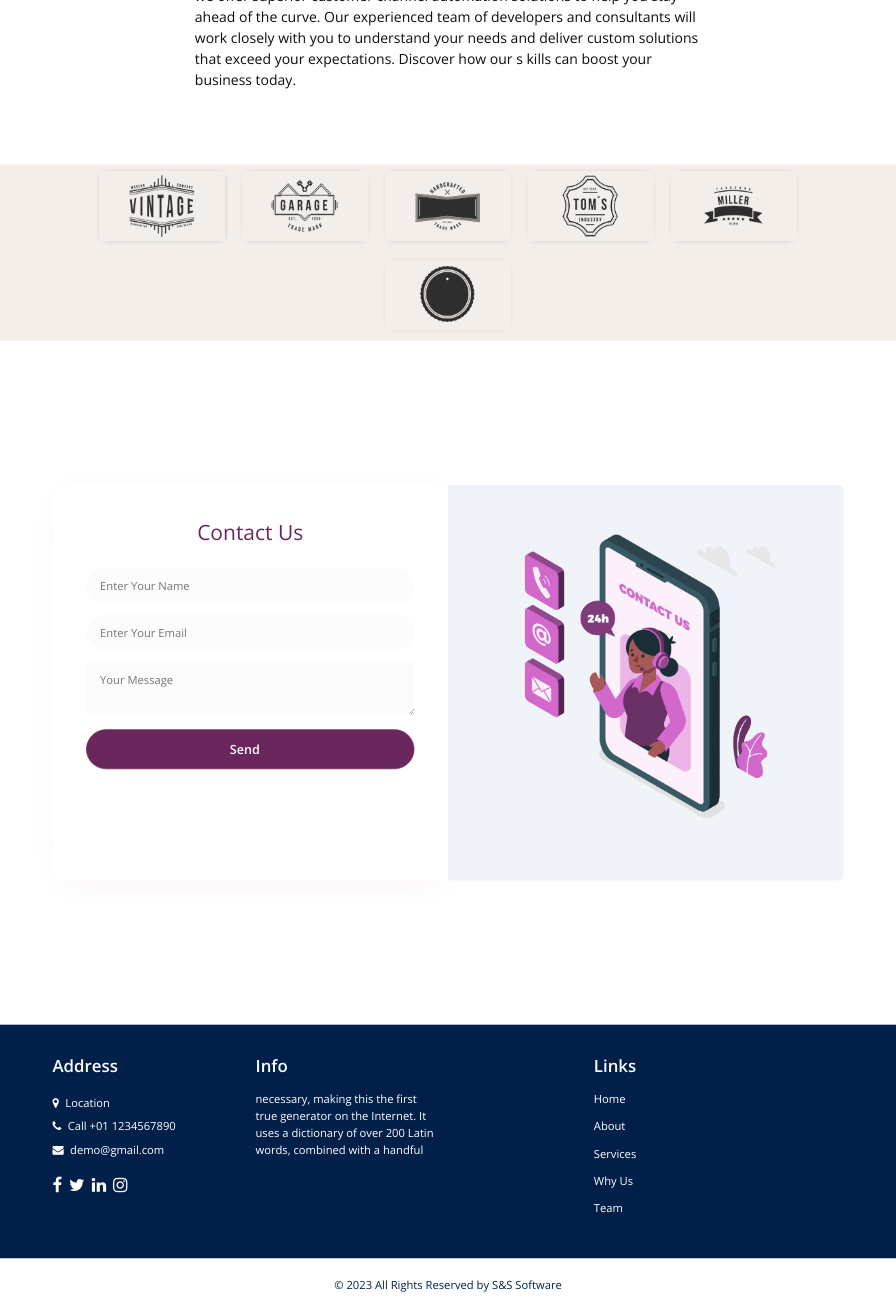
Repository: samuelsns/S-S-Software
Page: index.html
The author's editor kept a copy of each file at every save. The page is drawn from the files as they stood at one save, then again after the next save.
The browser window is 1280 px wide. The pictures show the part of the page from y = 2977 to 4897 px (the page is 4849 px tall before and 4999 px after), at 70% of full size.

Above is the page before, as saved 2023-12-01 02:46:48.

### index.html
<!DOCTYPE html>
<html>
  <head>
    <!-- Basic -->
    <meta charset="utf-8" />
    <meta http-equiv="X-UA-Compatible" content="IE=edge" />
    <!-- Mobile Metas -->
    <meta
      name="viewport"
      content="width=device-width, initial-scale=1, shrink-to-fit=no"
    />
    <!-- Site Metas -->
    <meta name="keywords" content="" />
    <meta name="description" content="" />
    <meta name="author" content="" />
    <link rel="shortcut icon" href="images/favicon.png" type="" />

    <title>S&S</title>

    <!-- bootstrap core css -->
    <link rel="stylesheet" type="text/css" href="css/bootstrap.css" />

    <!-- fonts style -->
    <link
      href="https://fonts.googleapis.com/css2?family=Roboto:wght@400;500;700;900&display=swap"
      rel="stylesheet"
    />

    <!--owl slider stylesheet -->
    <link
      rel="stylesheet"
      type="text/css"
      href="https://cdnjs.cloudflare.com/ajax/libs/OwlCarousel2/2.3.4/assets/owl.carousel.min.css"
    />

    <!-- font awesome style -->
    <link href="css/font-awesome.min.css" rel="stylesheet" />

    <!-- Custom styles for this template -->
    <link href="css/style.css" rel="stylesheet" />
    <!-- responsive style -->
    <link href="css/responsive.css" rel="stylesheet" />
  </head>

  <body>
    <div class="hero_area">
      <div class="hero_bg_box">
        <div class="bg_img_box">
          <img src="images/hero-bg.png" alt="" />
        </div>
      </div>

      <!-- header section strats -->
      <header class="header_section">
        <div class="container-fluid">
          <nav class="navbar navbar-expand-lg custom_nav-container">
            <a class="navbar-brand" href="index.html">
              <span> S & S </span>
            </a>

            <button
              class="navbar-toggler"
              type="button"
              data-toggle="collapse"
              data-target="#navbarSupportedContent"
              aria-controls="navbarSupportedContent"
              aria-expanded="false"
              aria-label="Toggle navigation"
            >
              <span class=""> </span>
            </button>

            <div class="collapse navbar-collapse" id="navbarSupportedContent">
              <div class="collapse navbar-collapse" id="navbarSupportedContent">
                <ul class="navbar-nav  ">
                  <li class="nav-item active">
                    <a class="nav-link" href="index.html">Home <span class="sr-only">(current)</span></a>
                  </li>
                  <li class="nav-item">
                    <a class="nav-link" href="about.html"> About</a>
                  </li>
                  <li class="nav-item">
                    <a class="nav-link" href="service.html">Services</a>
                  </li>
                  <li class="nav-item">
                    <a class="nav-link" href="work.html">Our Work</a>
                  </li>
                </ul>
            </div>
          </nav>
        </div>
      </header>
      <!-- end header section -->
      <!-- slider section -->
      <section class="slider_section">
        <div id="customCarousel1" class="carousel slide" data-ride="carousel">
          <div class="carousel-inner">
            <div class="carousel-item active">
              <div class="container">
                <div class="row">
                  <div class="col-md-6">
                    <div class="detail-box">
                      <h1>
                        Empowering Businesses with Cutting Edge Automation
                        Solutions
                      </h1>
                      <p>Empower your business with cutting-edge automation
                        solutions from S & S Software. Our innovative cloud,
                        AI, and communication solutions streamline operations,
                        optimize customer engagement, and drive growth.</p>
                      <div class="btn-box">
                        <a href="" class="btn1"> Read More </a>
                      </div>
                    </div>
                  </div>
                  <div class="col-md-6">
                    <div class="img-box">
                      <img src="images/slider-img.png" alt="" />
                    </div>
                  </div>
                </div>
              </div>
            </div>
            <div class="carousel-item">
              <div class="container">
                <div class="row">
                  <div class="col-md-6">
                    <div class="detail-box">
                      <h1>
                        Transform Customer Interactions with AI-Powered Chat & Voice Bots
                      </h1>
                      <p>
                        Elevate customer experiences with our advanced chat and voice
                        bots. Powered by artificial intelligence, personalized interactions,
                        and seamless communication.
                      </p>
                      <div class="btn-box">
                        <a href="" class="btn1"> Read More </a>
                      </div>
                    </div>
                  </div>
                  <div class="col-md-6">
                    <div class="img-box">
                      <img src="images/slider2-img.png" alt="" />
                    </div>
                  </div>
                </div>
              </div>
            </div>
            <div class="carousel-item">
              <div class="container">
                <div class="row">
                  <div class="col-md-6">
                    <div class="detail-box">
                      <h1>
                        Embrace the Future of Business with Cloud-Powered Automation
                      </h1>
                      <p>
                        Harness the power of cloud technology to transform your
                        business. Our Google Cloud Platform expertise empowers
                        you to securely store data, collaborate effectively,
                        and maximize efficiency.
                      </p>
                      <div class="btn-box">
                        <a href="" class="btn1"> Read More </a>
                      </div>
                    </div>
                  </div>
                  <div class="col-md-6">
                    <div class="img-box">
                      <img src="images/slider3-img.png" alt="" />
                    </div>
                  </div>
                </div>
              </div>
            </div>
          </div>
          <ol class="carousel-indicators">
            <li
              data-target="#customCarousel1"
              data-slide-to="0"
              class="active"
            ></li>
            <li data-target="#customCarousel1" data-slide-to="1"></li>
            <li data-target="#customCarousel1" data-slide-to="2"></li>
          </ol>
        </div>
      </section>
      <!-- end slider section -->
    </div>

    <!-- service section -->

    <section class="service_section layout_padding">
      <div class="service_container">
        <div class="container">
          <div class="heading_container heading_center">
            <h2>Our <span>Services</span></h2>
            <p>
              There are many variations of passages of Lorem Ipsum available,
              but the majority have suffered alteration
            </p>
          </div>
          <div class="row">
            <div class="col-md-4">
              <div class="box">
                <div class="img-box">
                  <img src="images/cloud.png" alt="" />
                </div>
                <div class="detail-box">
                  <h5>Cloud Services (GCP)</h5>
                  <p>
                    With our expertise in Google Cloud Platform,
                    we help businesses leverage the power of the
                    cloud to securely store data, improve
                    collaboration and maximize efficiency
                  </p>
                  <a href=""> Read More </a>
                </div>
              </div>
            </div>
            <div class="col-md-4">
              <div class="box">
                <div class="img-box">
                  <img src="images/ai.png" alt="" />
                </div>
                <div class="detail-box">
                  <h5>AI-Based Solutions (Dialogflow)</h5>
                  <p>
                    Harness the power of Dialogflow to build
                    engaging voice and text-based conversational
                    interfaces, such as voice apps and chatbots,
                    fueled by artificial intelligence.
                  </p>
                  <a href=""> Read More </a>
                </div>
              </div>
            </div>
            <div class="col-md-4">
              <div class="box">
                <div class="img-box">
                  <img src="images/app.png" alt="" />
                </div>
                <div class="detail-box">
                  <h5>Application Development (NodeJS)</h5>
                  <p>
                    Our skilled team utilizes NodeJS to create
                    scalable and high-performing real-time
                    applications tailored to meet your unique
                    business needs.
                  </p>
                  <a href=""> Read More </a>
                </div>
              </div>
            </div>

            <div class="col-md-4">
              <div class="box">
                <div class="img-box">
                  <img src="images/api.png" alt="" />
                </div>
                <div class="detail-box">
                  <h5>Communication APIs (Twilio)</h5>
                  <p>
                    Enhance your customer communication through
                    the integration of Twilio. From voice,
                    messaging, video, and more, we strive to
                    make your business communication swift and seamless.
                  </p>
                  <a href=""> Read More </a>
                </div>
              </div>
            </div>

            <div class="col-md-4">
              <div class="box">
                <div class="img-box">
                  <img src="images/voice.png" alt="" />
                </div>
                <div class="detail-box">
                  <h5>Chatbot & Voicebot Solutions</h5>
                  <p>
                    Our advanced chatbot and voicebot solutions
                    are designed to enrich customer interaction,
                    automate customer support, and drive efficiency.
                  </p>
                  <a href=""> Read More </a>
                </div>
              </div>
            </div>
          </div>
          <div class="btn-box">
            <a href=""> View All </a>
          </div>
        </div>
      </div>
    </section>

    <!-- end service section -->

    <!-- about section -->

    <section class="about_section layout_padding">
      <div class="container">
        <div class="row">
          <div class="col-md-6">
            <div class="img-box">
              <img src="images/about-img.png" alt="" />
            </div>
          </div>
          <div class="col-md-6">
            <div class="detail-box">
              <div class="heading_container heading_center">
                <h2>About <span>Us</span></h2>
              </div>
              <p>
                S & S Software is your trusted partner in automation
                technology, providing state-of-the-art solutions to
                streamline operations, optimize customer engagement,
                and give your business a competitive edge. Leveraging
                advanced technologies like GCP, Dialogflow, NodeJS,
                Twilio, and sophisticated chat and voice bots, we
                empower businesses to harness the power of the cloud,
                build engaging AI-based conversational interfaces,
                create scalable real-time applications, enhance customer
                communication, and automate customer support. Our
                experienced team of developers and consultants
                collaborates closely with you to understand your
                unique needs and deliver custom solutions that exceed
                your expectations. Discover how S & S Software can
                transform your business today.
              </p>
              <a href="about.html"> Read More </a>
            </div>
          </div>
        </div>
      </div>
    </section>

    <!-- end about section -->

    <!-- why section -->

    <section class="why_section layout_padding">
      <div class="container">
        <div class="heading_container heading_center">
          <h2>Why Choose <span>Us</span></h2>
        </div>
        <div class="col-md-8">
          <div class="box">
            <p>
              At S & S Software, we understand that technology drives business.
              That's why we offer superior customer channel automation solutions
              to help you stay ahead of the curve. Our experienced team of
              developers and consultants will work closely with you to
              understand your needs and deliver custom solutions that exceed
              your expectations. Discover how our s kills can boost your
              business today.
            </p>
          </div>
        </div>
      </div>
    </section>

    <!-- end why section -->

    <!-- client section -->
    <section class="client_section ">
      <div class="container">
        <div class="heading_container heading_center">
          <div class="our-clients">
            <ul>
              <li> <img src="images/1.png" alt=""> <img src="images/1-1.png" alt=""> </li>
              <li> <img src="images/2.png" alt=""> <img src="images/2-2.png" alt=""> </li>
              <li> <img src="images/3.png" alt=""> <img src="images/3-3.png" alt=""> </li>
              <li> <img src="images/4.png" alt=""> <img src="images/4-4.png" alt=""> </li>
              <li> <img src="images/5.png" alt=""> <img src="images/5-5.png" alt=""> </li>
              <li> <img src="images/6.png" alt=""> <img src="images/6-6.png" alt=""> </li>
            </ul>
          </div>
        </div>
      </div>
    </section>
    <!-- end client section -->

      <!-- contact section -->

  <section class="contact_section layout_padding">
    <div class="contact-form">
      <h1>Contact Us</h1>
      <div class="container">
          <div class="main">
              <div class="content">
                  <h2>Contact Us</h2>
                  <form action="#" method="post">
                      <input type="text" name="name" placeholder="Enter Your Name">

                      <input type="email" name="name" placeholder="Enter Your Email">
                      <textarea name="message" placeholder="Your Message"></textarea>
           <button type="submit" class="btn">Send <i class="fas fa-paper-plane"></i></button>
                  </form>
              </div>
              <div class="form-img">
                  <img src="images/contact.png" alt="">
              </div>
          </div>
      </div>
    </div>
  </section>

  <!-- end contact section -->

    <!-- info section -->

    <section class="info_section layout_padding2">
      <div class="container">
        <div class="row">
          <div class="col-md-6 col-lg-3 info_col">
            <div class="info_contact">
              <h4>Address</h4>
              <div class="contact_link_box">
                <a href="">
                  <i class="fa fa-map-marker" aria-hidden="true"></i>
                  <span> Location </span>
                </a>
                <a href="">
                  <i class="fa fa-phone" aria-hidden="true"></i>
                  <span> Call +01 1234567890 </span>
                </a>
                <a href="">
                  <i class="fa fa-envelope" aria-hidden="true"></i>
                  <span> demo@gmail.com </span>
                </a>
              </div>
            </div>
            <div class="info_social">
              <a href="">
                <i class="fa fa-facebook" aria-hidden="true"></i>
              </a>
              <a href="">
                <i class="fa fa-twitter" aria-hidden="true"></i>
              </a>
              <a href="">
                <i class="fa fa-linkedin" aria-hidden="true"></i>
              </a>
              <a href="">
                <i class="fa fa-instagram" aria-hidden="true"></i>
              </a>
            </div>
          </div>
          <div class="col-md-6 col-lg-3 info_col">
            <div class="info_detail">
              <h4>Info</h4>
              <p>
                necessary, making this the first true generator on the Internet.
                It uses a dictionary of over 200 Latin words, combined with a
                handful
              </p>
            </div>
          </div>
          <div class="col-md-6 col-lg-2 mx-auto info_col">
            <div class="info_link_box">
              <h4>Links</h4>
              <div class="info_links">
                <a class="active" href="index.html"> Home </a>
                <a class="" href="about.html"> About </a>
                <a class="" href="service.html"> Services </a>
                <a class="" href="why.html"> Why Us </a>
                <a class="" href="team.html"> Team </a>
              </div>
            </div>
          </div>

        </div>
      </div>
    </section>

    <!-- end info section -->

    <!-- footer section -->
    <section class="footer_section">
      <div class="container">
        <p>
          &copy; <span id="displayYear"></span> All Rights Reserved by S&S
          Software
        </p>
      </div>
    </section>
    <!-- footer section -->

    <!-- jQery -->
    <script type="text/javascript" src="js/jquery-3.4.1.min.js"></script>
    <!-- popper js -->
    <script
      src="https://cdn.jsdelivr.net/npm/popper.js@1.16.0/dist/umd/popper.min.js"
      integrity="sha384-Q6E9RHvbIyZFJoft+2mJbHaEWldlvI9IOYy5n3zV9zzTtmI3UksdQRVvoxMfooAo"
      crossorigin="anonymous"
    ></script>
    <!-- bootstrap js -->
    <script type="text/javascript" src="js/bootstrap.js"></script>
    <!-- owl slider -->
    <script
      type="text/javascript"
      src="https://cdnjs.cloudflare.com/ajax/libs/OwlCarousel2/2.3.4/owl.carousel.min.js"
    ></script>
    <!-- custom js -->
    <script type="text/javascript" src="js/custom.js"></script>
  </body>
</html>

Loaded but not shown: css/bootstrap.css (library); css/font-awesome.min.css (library); js/jquery-3.4.1.min.js (library); js/bootstrap.js (library); js/custom.js (43 lines, source omitted); css/style.css (863 lines, source omitted); css/responsive.css (143 lines, source omitted)

After the next save:
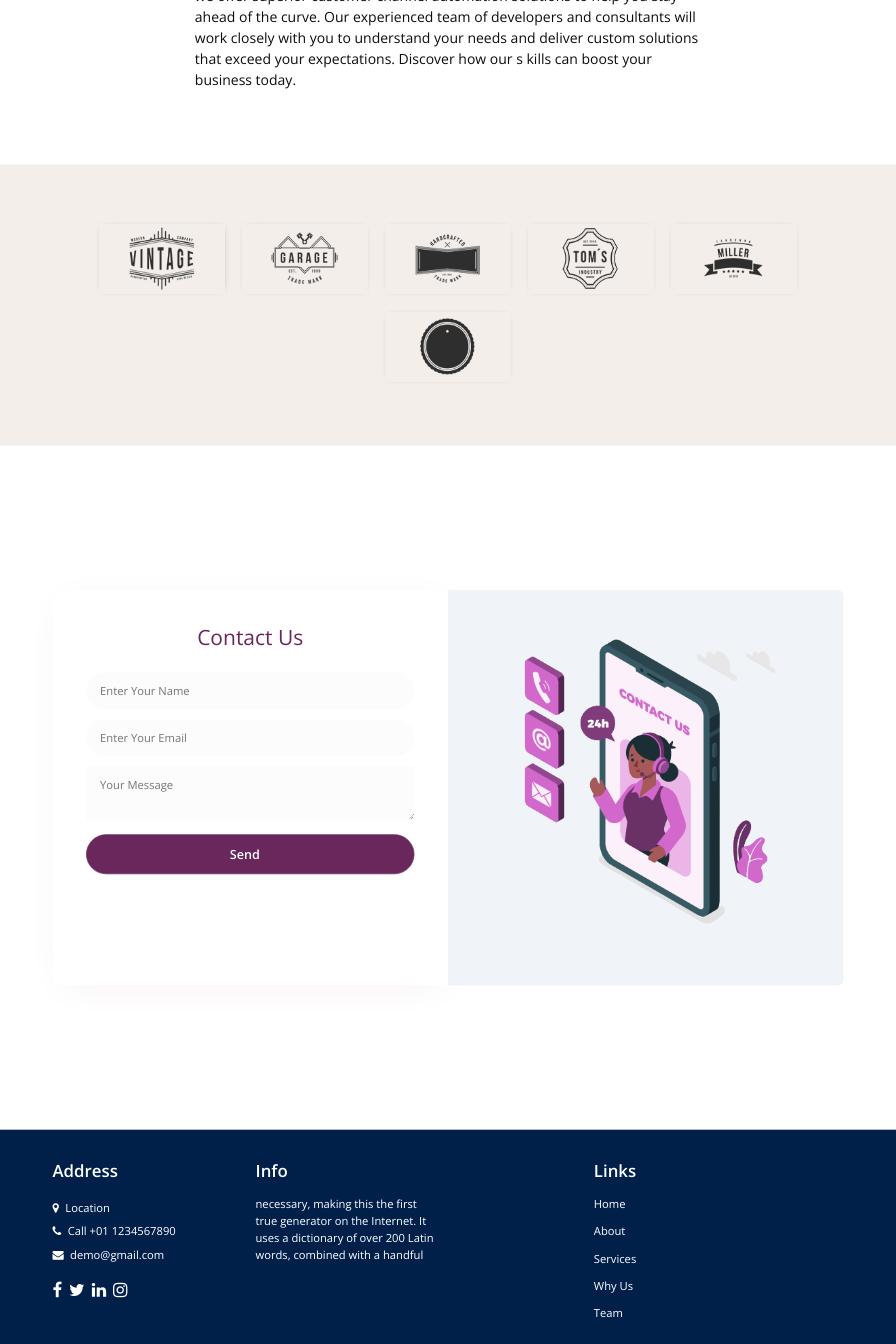
Saved 18 s later.
--- a/index.html
+++ b/index.html
@@ -365,7 +365,7 @@
     <!-- end why section -->
 
     <!-- client section -->
-    <section class="client_section ">
+    <section class="client_section layout_padding2">
       <div class="container">
         <div class="heading_container heading_center">
           <div class="our-clients">

After the save that followed:
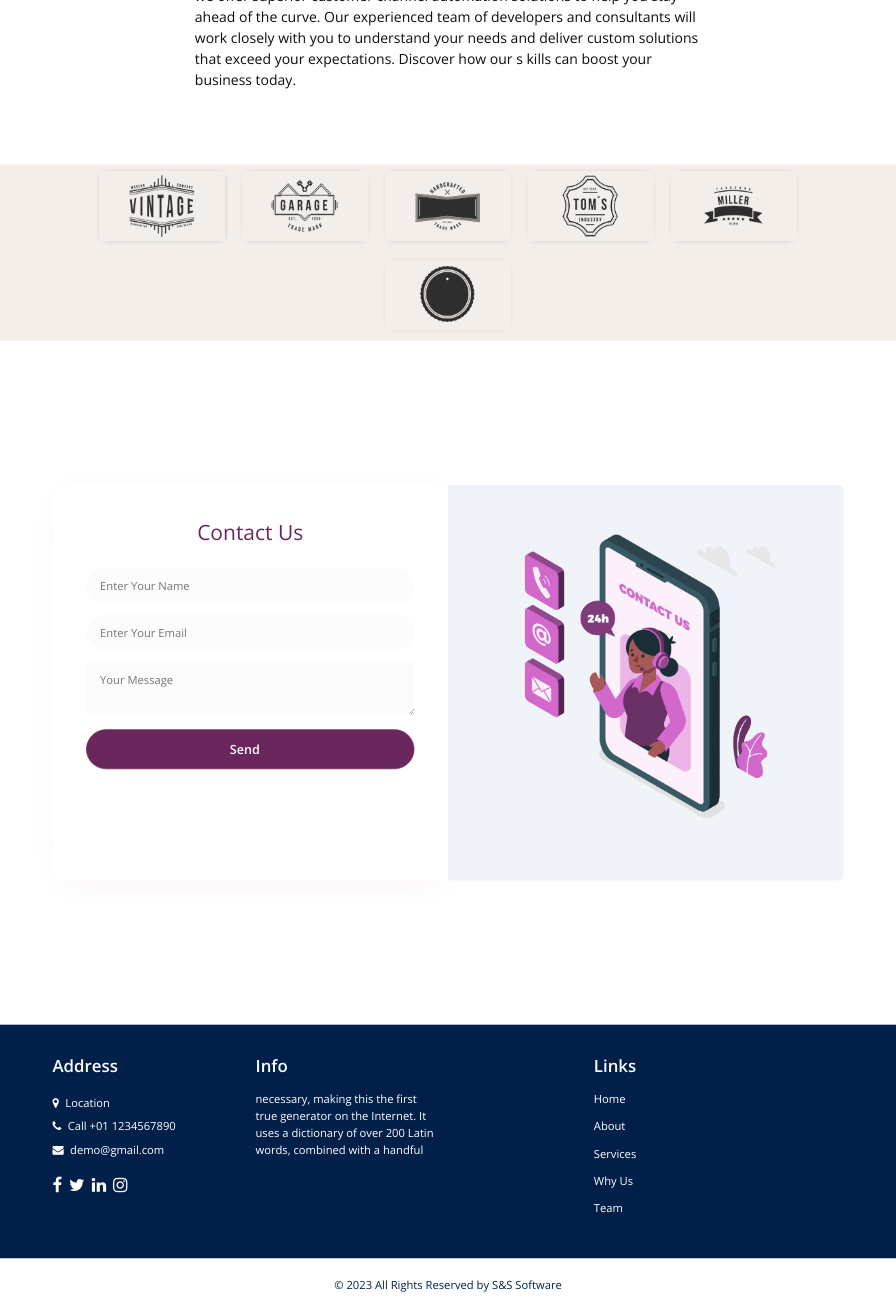
Saved 15 s later.
--- a/index.html
+++ b/index.html
@@ -365,7 +365,7 @@
     <!-- end why section -->
 
     <!-- client section -->
-    <section class="client_section layout_padding2">
+    <section class="client_section layout_padding3">
       <div class="container">
         <div class="heading_container heading_center">
           <div class="our-clients">
